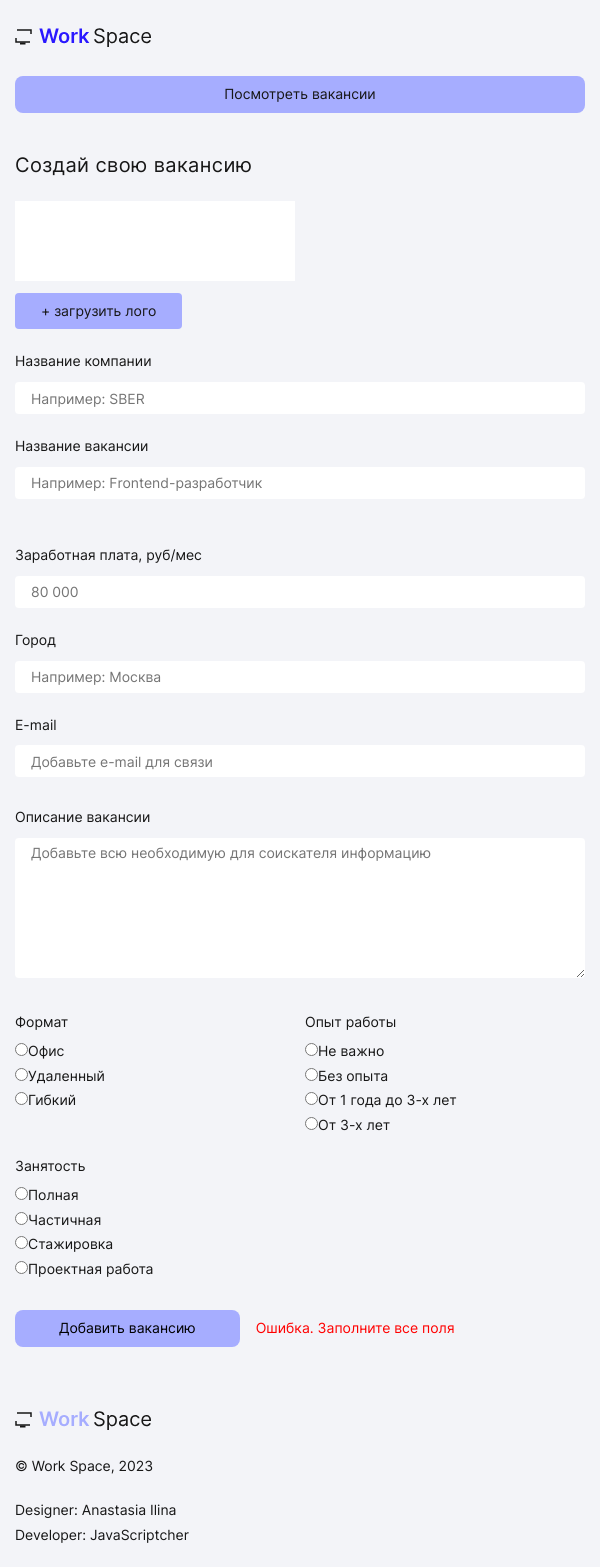
Repository: alexboagreek/workspace_js
Page: employer.html
These files come from the project's save history. The page is drawn as it stood at one moment and after the next save; the edit follows.
The browser window is 600 px wide. The pictures show the whole page.

Above is the page before, as saved 2023-09-14 10:44:14.
Console error: TypeError: Cannot read properties of null (reading 'addEventListener')

After the next save:
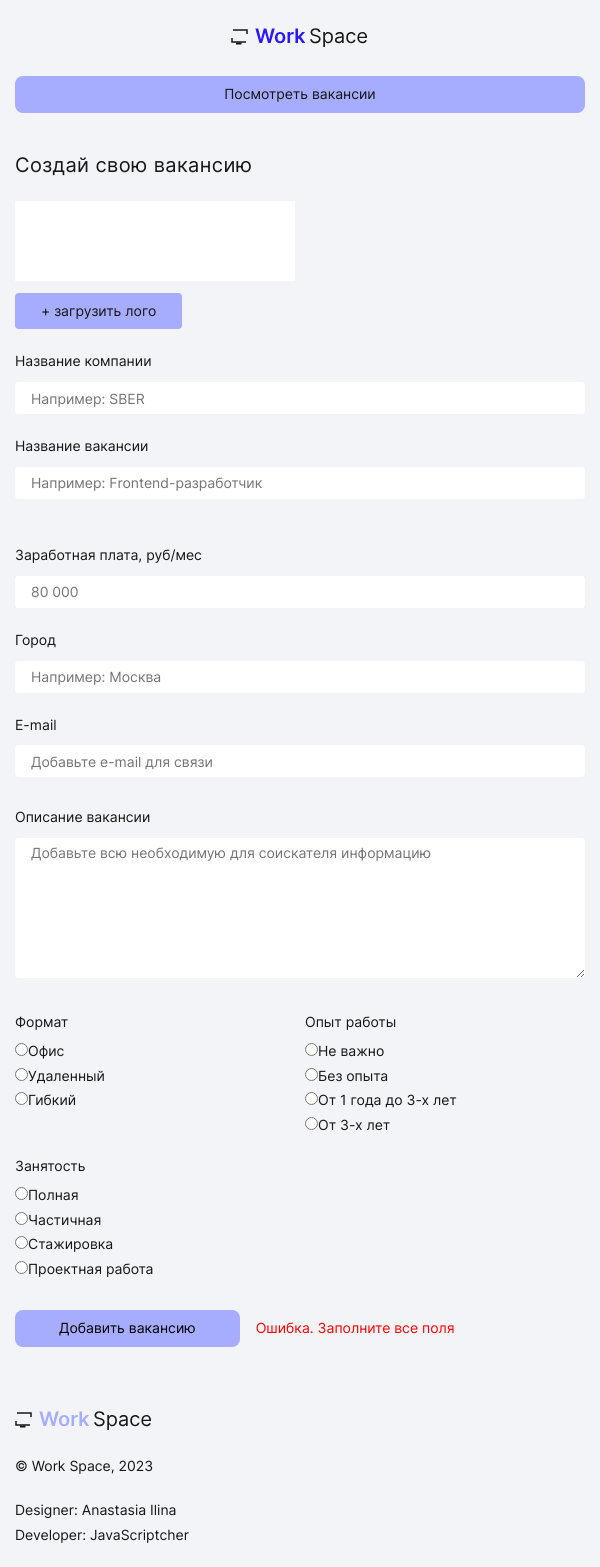
Saved 5 s later.
--- a/style/header.css
+++ b/style/header.css
@@ -66,7 +66,8 @@
   }
 
   .header__container {
-    align-items: ;
+    align-items: center;
+    justify-content: center;
   }
 
   .header__links {
